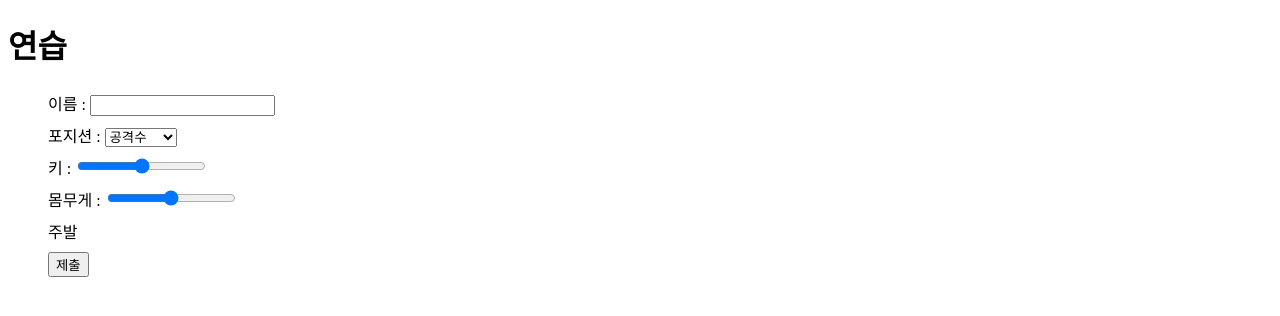
Repository: Simyoungdo04/dynamic-workspace
Page: FirstProject/src/main/webapp/views/practice.html
These files come from the project's save history. The page is drawn as it stood at one moment and after the next save; the edit follows.
The browser window is 1280 px wide. The pictures show the whole page.

Above is the page before, as saved 2026-05-04 08:41:13.

After the next save:
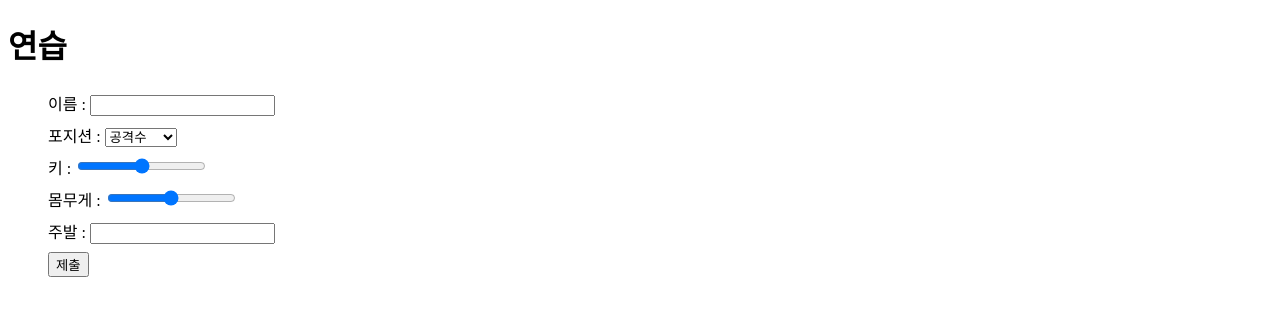
Saved 20 s later.
--- a/FirstProject/src/main/webapp/views/practice.html
+++ b/FirstProject/src/main/webapp/views/practice.html
@@ -32,7 +32,7 @@
 				몸무게 : <input type="range" min="50" max="120" name="weight"/>
 			</li>
 			<li>
-				주발
+				주발 : <input>
 			</li>
 			<li>
 
